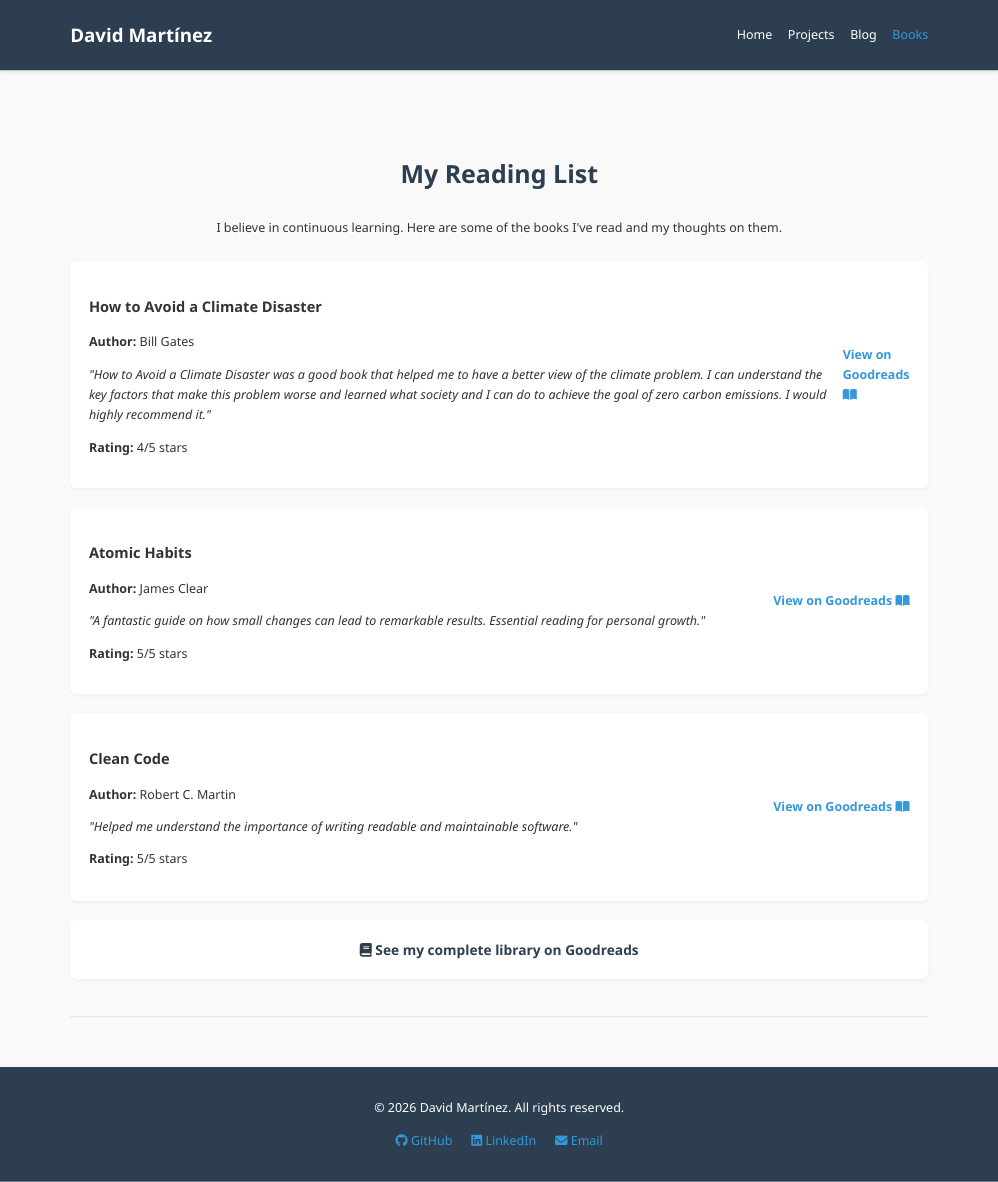
Repository: davidsmv/davidsmv.github.io
Page: books.html
These files come from the project's save history. The page is drawn as it stood at one moment and after the next save; the edit follows.
The browser window is 1280 px wide. The pictures show the whole page, at 78% of full size.

Above is the page before, as saved 2026-01-19 17:04:24.

### books.html
<!DOCTYPE html>
<html lang="en">
<head>
    <!-- Google Tag Manager -->
    <script>(function(w,d,s,l,i){w[l]=w[l]||[];w[l].push({'gtm.start':
    new Date().getTime(),event:'gtm.js'});var f=d.getElementsByTagName(s)[0],
    j=d.createElement(s),dl=l!='dataLayer'?'&l='+l:'';j.async=true;j.src=
    'https://www.googletagmanager.com/gtm.js?id='+i+dl;f.parentNode.insertBefore(j,f);
    })(window,document,'script','dataLayer','GTM-K4HP3RM');</script>
    <!-- End Google Tag Manager -->

    <meta charset="UTF-8">
    <meta name="viewport" content="width=device-width, initial-scale=1.0">
    <meta http-equiv="X-UA-Compatible" content="ie=edge">
    <title>Books - David Martínez</title>

    <link rel="stylesheet" href="styles.css">
    <link rel="stylesheet" href="https://cdnjs.cloudflare.com/ajax/libs/font-awesome/6.0.0/css/all.min.css">
</head>
<body>
    <!-- Google Tag Manager (noscript) -->
    <noscript><iframe src="https://www.googletagmanager.com/ns.html?id=GTM-K4HP3RM"
    height="0" width="0" style="display:none;visibility:hidden"></iframe></noscript>
    <!-- End Google Tag Manager (noscript) -->

    <header>
        <nav>
            <div class="logo"><a href="index.html" style="color: white; text-decoration: none;">David Martínez</a></div>
            <ul class="nav-links">
                <li><a href="index.html">Home</a></li>
                <li><a href="projects.html">Projects</a></li>
                <li><a href="blog.html">Blog</a></li>
                <li><a href="books.html" style="color: var(--accent-color);">Books</a></li>
            </ul>
        </nav>
    </header>

    <div class="container">
        <section>
            <h2>My Reading List</h2>
            <p style="text-align: center; margin-bottom: 30px;">
                I believe in continuous learning. Here are some of the books I've read and my thoughts on them.
            </p>

            <div class="card-list">

                <!-- Book Item 1 -->
                <div class="list-item">
                    <div>
                        <h3>How to Avoid a Climate Disaster</h3>
                        <p><strong>Author:</strong> Bill Gates</p>
                        <p><em>"How to Avoid a Climate Disaster was a good book that helped me to have a better view of the climate problem. I can understand the key factors that make this problem worse and learned what society and I can do to achieve the goal of zero carbon emissions. I would highly recommend it."</em></p>
                        <p><strong>Rating:</strong> 4/5 stars</p>
                    </div>
                    <a href="https://www.goodreads.com/book/show/52275335-how-to-avoid-a-climate-disaster" target="_blank">View on Goodreads <i class="fas fa-book-open"></i></a>
                </div>

                <!-- Book Item 2 -->
                <div class="list-item">
                    <div>
                        <h3>Atomic Habits</h3>
                        <p><strong>Author:</strong> James Clear</p>
                        <p><em>"A fantastic guide on how small changes can lead to remarkable results. Essential reading for personal growth."</em></p>
                        <p><strong>Rating:</strong> 5/5 stars</p>
                    </div>
                    <a href="https://www.goodreads.com/" target="_blank">View on Goodreads <i class="fas fa-book-open"></i></a>
                </div>

                <!-- Book Item 3 -->
                <div class="list-item">
                    <div>
                        <h3>Clean Code</h3>
                        <p><strong>Author:</strong> Robert C. Martin</p>
                        <p><em>"Helped me understand the importance of writing readable and maintainable software."</em></p>
                        <p><strong>Rating:</strong> 5/5 stars</p>
                    </div>
                    <a href="https://www.goodreads.com/" target="_blank">View on Goodreads <i class="fas fa-book-open"></i></a>
                </div>

                <div class="list-item">
                    <div style="text-align: center; width: 100%;">
                        <a href="https://www.goodreads.com/review/list/112709167-david-mart-nez" target="_blank" style="font-size: 1.1rem; color: var(--primary-color);">
                            <i class="fas fa-book"></i> See my complete library on Goodreads
                        </a>
                    </div>
                </div>

            </div>
        </section>
    </div>

    <footer>
        <p>&copy; 2026 David Martínez. All rights reserved.</p>
        <p>
            <a href="https://github.com/davidsmv" target="_blank"><i class="fab fa-github"></i> GitHub</a>
            <a href="https://www.linkedin.com/in/davidsmv" target="_blank"><i class="fab fa-linkedin"></i> LinkedIn</a>
            <a href="mailto:david-martinezv@hotmail.com"><i class="fas fa-envelope"></i> Email</a>
        </p>
    </footer>
</body>
</html>

### styles.css
/* Root variables for easy customization */
:root {
  --primary-color: #2c3e50; /* Dark Blue */
  --accent-color: #3498db;  /* Light Blue */
  --bg-color: #f9f9f9;      /* Light Gray Background */
  --text-color: #333;       /* Dark Text */
  --card-bg: #fff;          /* White Card Background */
  --font-main: 'Segoe UI', Tahoma, Geneva, Verdana, sans-serif;
}

body {
  font-family: var(--font-main);
  background-color: var(--bg-color);
  color: var(--text-color);
  margin: 0;
  padding: 0;
  line-height: 1.6;
}

/* Header & Navigation */
header {
  background-color: var(--primary-color);
  color: #fff;
  padding: 1rem 0;
  position: sticky;
  top: 0;
  z-index: 1000;
  box-shadow: 0 2px 5px rgba(0,0,0,0.1);
}

nav {
  display: flex;
  justify-content: space-between;
  align-items: center;
  max-width: 1100px;
  margin: 0 auto;
  padding: 0 20px;
}

.logo {
  font-size: 1.5rem;
  font-weight: bold;
}

.nav-links {
  list-style: none;
  display: flex;
}

.nav-links li {
  margin-left: 20px;
}

.nav-links a {
  color: #fff;
  text-decoration: none;
  font-weight: 500;
  transition: color 0.3s;
}

.nav-links a:hover {
  color: var(--accent-color);
}

/* Sections */
.container {
  max-width: 1100px;
  margin: 0 auto;
  padding: 2rem 20px;
}

section {
  padding: 3rem 0;
  border-bottom: 1px solid #ddd;
}

section h2 {
  text-align: center;
  margin-bottom: 2rem;
  color: var(--primary-color);
  font-size: 2rem;
}

/* About Section */
.about-content {
  display: flex;
  flex-wrap: wrap;
  align-items: center;
  gap: 2rem;
}

.about-text {
  flex: 1;
  min-width: 300px;
}

.about-image {
  flex: 1;
  text-align: center;
  min-width: 300px;
}

.profile-pic {
  width: 200px;
  height: 200px;
  border-radius: 50%;
  object-fit: cover;
  border: 4px solid var(--accent-color);
}

/* Projects Grid */
.projects-grid {
  display: grid;
  grid-template-columns: repeat(auto-fit, minmax(300px, 1fr));
  gap: 2rem;
}

.project-card {
  background: var(--card-bg);
  padding: 1.5rem;
  border-radius: 8px;
  box-shadow: 0 4px 6px rgba(0,0,0,0.1);
  transition: transform 0.3s ease;
}

.project-card:hover {
  transform: translateY(-5px);
}

.project-card h3 {
  margin-top: 0;
  color: var(--primary-color);
}

.project-link {
  display: inline-block;
  margin-top: 1rem;
  color: var(--accent-color);
  text-decoration: none;
  font-weight: bold;
}

/* Blog & Books (General Card Style) */
.card-list {
  display: flex;
  flex-direction: column;
  gap: 1.5rem;
}

.list-item {
  background: var(--card-bg);
  padding: 1.5rem;
  border-radius: 8px;
  box-shadow: 0 2px 4px rgba(0,0,0,0.05);
  display: flex;
  justify-content: space-between;
  align-items: center;
}

.list-item a {
  color: var(--accent-color);
  text-decoration: none;
  font-weight: bold;
}

/* Footer */
footer {
  background-color: var(--primary-color);
  color: #fff;
  text-align: center;
  padding: 1.5rem 0;
  margin-top: 2rem;
}

footer a {
  color: var(--accent-color);
  margin: 0 10px;
  text-decoration: none;
}

/* Responsive */
@media (max-width: 768px) {
  nav {
    flex-direction: column;
  }

  .nav-links {
    margin-top: 1rem;
  }

  .nav-links li {
    margin: 0 10px;
  }

  .about-content {
    flex-direction: column-reverse;
    text-align: center;
  }
}

### scripts.js
// ============================================
// DATA SECTION - EDIT THIS TO UPDATE YOUR SITE
// ============================================

const projectsData = [
    {
        title: "Market Dashboard",
        description: "A dashboard created using Holistics/PowerBI to track market information and support pricing policies.",
        link: "#",
        linkText: "View Project"
    },
    {
        title: "Real Estate Pricing Model",
        description: "Data analysis project using Python to estimate initial and final pricing for real estate assets.",
        link: "#",
        linkText: "View Project"
    },
    {
        title: "Web Scraper",
        description: "A Python script to extract data from various sources for analysis.",
        link: "#",
        linkText: "View Code"
    },
    {
        title: "Sales Forecasting Tool",
        description: "Predicted future sales trends using historical data and regression models in Python.",
        link: "#",
        linkText: "View Project"
    },
    {
        title: "Portfolio Website",
        description: "This very website! Built with HTML, CSS, JavaScript, and hosted on GitHub Pages.",
        link: "#",
        linkText: "View Code"
    }
];

const blogData = [
    {
        title: "Getting started with Machine Learning",
        description: "My journey into ML and what I've learned so far about algorithms and data preparation.",
        date: "Jan 15, 2026",
        link: "https://medium.com/",
        linkText: "Read on Medium"
    },
    {
        title: "Visualizing Data with PowerBI",
        description: "Tips and tricks for creating effective dashboards that drive business decisions.",
        date: "Dec 10, 2025",
        link: "#",
        linkText: "Read Article"
    },
    {
        title: "Why Python is Essential for Finance",
        description: "Automating spreadsheets and financial modeling with Python libraries like Pandas.",
        date: "Nov 22, 2025",
        link: "#",
        linkText: "Read Article"
    },
    {
        title: "The Future of Proptech",
        description: "Reflections on my experience at Habi and how technology is changing real estate.",
        date: "Oct 05, 2025",
        link: "#",
        linkText: "Read Article"
    }
];

const bookData = [
    {
        title: "How to Avoid a Climate Disaster",
        author: "Bill Gates",
        review: "How to Avoid a Climate Disaster was a good book that helped me to have a better view of the climate problem. I can understand the key factors that make this problem worse and learned what society and I can do to achieve the goal of zero carbon emissions. I would highly recommend it.",
        rating: "4/5 stars",
        link: "https://www.goodreads.com/book/show/52275335-how-to-avoid-a-climate-disaster",
        linkText: "View on Goodreads"
    },
    {
        title: "Atomic Habits",
        author: "James Clear",
        review: "A fantastic guide on how small changes can lead to remarkable results. Essential reading for personal growth.",
        rating: "5/5 stars",
        link: "https://www.goodreads.com/",
        linkText: "View on Goodreads"
    },
    {
        title: "Clean Code",
        author: "Robert C. Martin",
        review: "Helped me understand the importance of writing readable and maintainable software.",
        rating: "5/5 stars",
        link: "https://www.goodreads.com/",
        linkText: "View on Goodreads"
    }
];


// ============================================
// LOGIC SECTION - DO NOT EDIT UNLESS NECESSARY
// ============================================

function renderProjects(containerId, limit = null) {
    const container = document.getElementById(containerId);
    if (!container) return;

    const dataToRender = limit ? projectsData.slice(0, limit) : projectsData;

    container.innerHTML = dataToRender.map(project => `
        <div class="project-card">
            <h3>${project.title}</h3>
            <p>${project.description}</p>
            <a href="${project.link}" class="project-link">${project.linkText} &rarr;</a>
        </div>
    `).join('');
}

function renderBlogs(containerId, limit = null) {
    const container = document.getElementById(containerId);
    if (!container) return;

    const dataToRender = limit ? blogData.slice(0, limit) : blogData;

    container.innerHTML = dataToRender.map(post => `
        <div class="list-item">
            <div>
                <h3>${post.title}</h3>
                <p>${post.description}</p>
                <small>Published on ${post.date}</small>
            </div>
            <a href="${post.link}" target="_blank">${post.linkText} <i class="fas fa-external-link-alt"></i></a>
        </div>
    `).join('');
}

function renderBooks(containerId, limit = null) {
    const container = document.getElementById(containerId);
    if (!container) return;

    const dataToRender = limit ? bookData.slice(0, limit) : bookData;

    container.innerHTML = dataToRender.map(book => `
        <div class="list-item">
            <div>
                <h3>${book.title}</h3>
                <p><strong>Author:</strong> ${book.author}</p>
                <p><em>"${book.review}"</em></p>
                ${book.rating ? `<p><strong>Rating:</strong> ${book.rating}</p>` : ''}
            </div>
            <a href="${book.link}" target="_blank">${book.linkText} <i class="fas fa-book-open"></i></a>
        </div>
    `).join('');
}

After the next save:
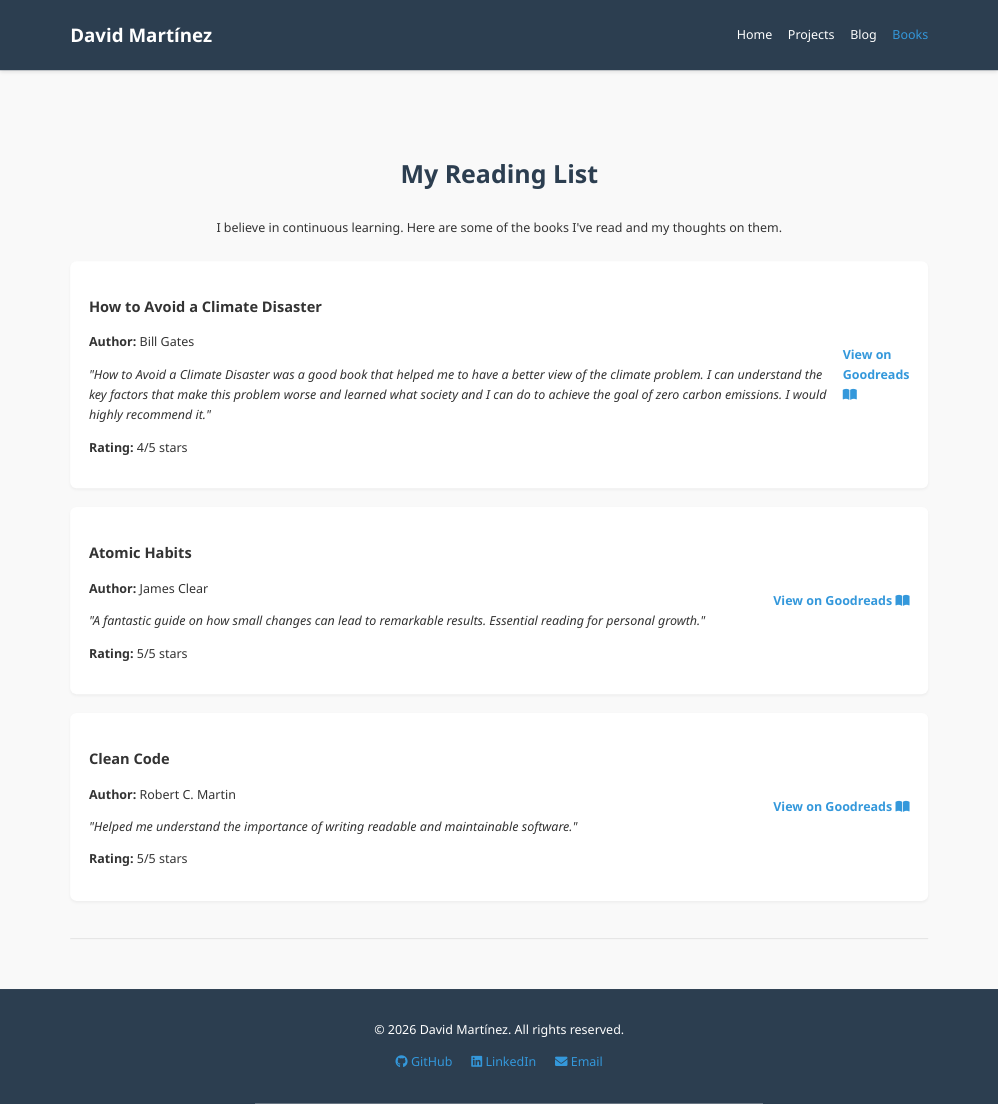
Saved 14 s later.
--- a/books.html
+++ b/books.html
@@ -42,49 +42,8 @@
                 I believe in continuous learning. Here are some of the books I've read and my thoughts on them.
             </p>
 
-            <div class="card-list">
-
-                <!-- Book Item 1 -->
-                <div class="list-item">
-                    <div>
-                        <h3>How to Avoid a Climate Disaster</h3>
-                        <p><strong>Author:</strong> Bill Gates</p>
-                        <p><em>"How to Avoid a Climate Disaster was a good book that helped me to have a better view of the climate problem. I can understand the key factors that make this problem worse and learned what society and I can do to achieve the goal of zero carbon emissions. I would highly recommend it."</em></p>
-                        <p><strong>Rating:</strong> 4/5 stars</p>
-                    </div>
-                    <a href="https://www.goodreads.com/book/show/52275335-how-to-avoid-a-climate-disaster" target="_blank">View on Goodreads <i class="fas fa-book-open"></i></a>
-                </div>
-
-                <!-- Book Item 2 -->
-                <div class="list-item">
-                    <div>
-                        <h3>Atomic Habits</h3>
-                        <p><strong>Author:</strong> James Clear</p>
-                        <p><em>"A fantastic guide on how small changes can lead to remarkable results. Essential reading for personal growth."</em></p>
-                        <p><strong>Rating:</strong> 5/5 stars</p>
-                    </div>
-                    <a href="https://www.goodreads.com/" target="_blank">View on Goodreads <i class="fas fa-book-open"></i></a>
-                </div>
-
-                <!-- Book Item 3 -->
-                <div class="list-item">
-                    <div>
-                        <h3>Clean Code</h3>
-                        <p><strong>Author:</strong> Robert C. Martin</p>
-                        <p><em>"Helped me understand the importance of writing readable and maintainable software."</em></p>
-                        <p><strong>Rating:</strong> 5/5 stars</p>
-                    </div>
-                    <a href="https://www.goodreads.com/" target="_blank">View on Goodreads <i class="fas fa-book-open"></i></a>
-                </div>
-
-                <div class="list-item">
-                    <div style="text-align: center; width: 100%;">
-                        <a href="https://www.goodreads.com/review/list/112709167-david-mart-nez" target="_blank" style="font-size: 1.1rem; color: var(--primary-color);">
-                            <i class="fas fa-book"></i> See my complete library on Goodreads
-                        </a>
-                    </div>
-                </div>
-
+            <div class="card-list" id="all-books">
+                <!-- Content will be loaded from scripts.js -->
             </div>
         </section>
     </div>
@@ -97,5 +56,11 @@
             <a href="mailto:david-martinezv@hotmail.com"><i class="fas fa-envelope"></i> Email</a>
         </p>
     </footer>
+
+    <!-- Load scripts -->
+    <script src="scripts.js"></script>
+    <script>
+        renderBooks('all-books');
+    </script>
 </body>
 </html>
